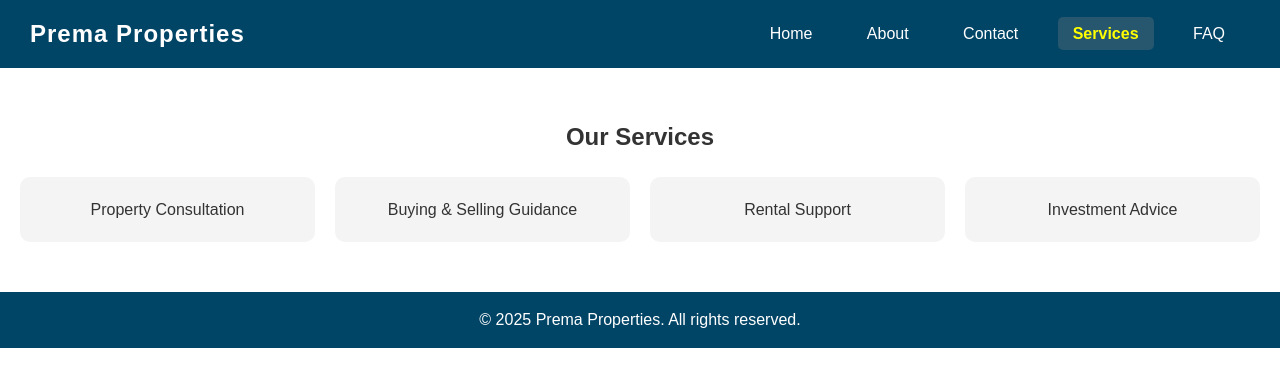
Repository: mnqobiMenzi/Prema-Properties
Page: services.html
An editor plug-in stored every save of this project. The page is shown before and after the next save, followed by the edit.
The browser window is 1280 px wide. The pictures show the whole page.

Above is the page before, as saved 2025-10-04 09:00:15.

### services.html
<!DOCTYPE html>
<html lang="en">
<head>
  <meta charset="UTF-8">
  <meta name="viewport" content="width=device-width, initial-scale=1.0">
  <title>Prema Properties</title>
  <link rel="stylesheet" href="CSS/style.css">
</head>
<body>

  <!-- Header / Navigation -->
  <header>
    <div class="logo">Prema Properties</div>
    <nav>
      <a href="index.html">Home</a>
      <a href="about-us.html">About</a>
      <a href="contact-us.html">Contact</a>
      <a href="#services" class="active">Services</a>
      <a href="FAQ.html">FAQ</a>
    </nav>
  </header>
  <!-- Services Section -->
  <section id="services" class="services">
    <h2>Our Services</h2>
    <div class="service-list">
      <div class="service">Property Consultation</div>
      <div class="service">Buying & Selling Guidance</div>
      <div class="service">Rental Support</div>
      <div class="service">Investment Advice</div>
    </div>
  </section>

  <!-- Footer -->
  <footer>
    <p>© 2025 Prema Properties. All rights reserved.</p>
  </footer>

</body>
</html>

### CSS/style.css
* {
  margin: 0;
  padding: 0;
  box-sizing: border-box;
  font-family: Arial, sans-serif;
}

body {
  line-height: 1.6;
  color: #333;
}

/* Header */
header {
  position: sticky;
  top: 0;
  display: flex;
  justify-content: space-between;
  align-items: center;
  padding: 15px 30px;
  background: #004466;
  color: #fff;
  z-index: 1000;
}
header .logo {
  font-size: 1.5em;
  font-weight: 700;
  font-family: 'Poppins', sans-serif;
  color: #fff;
  letter-spacing: 1px;
  display: flex;
  align-items: center;
}
header nav a {
  margin: 0 10px;
  color: #fff;
  padding: 8px 15px;
  border-radius: 5px;
  text-decoration: none;
  font-weight: 500;
  font-family: 'Poppins', sans-serif;
  transition: color 0.3s ease, border-bottom 0.3s ease;
}

header nav a:hover {
  color: #fff;
  background: rgba(128, 128, 128, 0.3);
  padding-bottom: 3px;
  border: 3px solid #004466;
}
/* Active link */
header nav a.active {
  background: rgba(128, 128, 128, 0.3);
  font-weight: bold;
  color: yellow;
}
/* Hero */
.hero {
  background: url('https://source.unsplash.com/1600x600/?house,property') no-repeat center center/cover;
  color: white;
  text-align: center;
  padding: 100px 20px;
}
.hero h1 {
  font-size: 2.5em;
}
.hero .btn {
  display: inline-block;
  margin-top: 20px;
  padding: 10px 20px;
  background: #ff6600;
  color: white;
  border-radius: 5px;
  text-decoration: none;
}
.hero .btn:hover {
  background: #cc5200;
}

/* Sections */
section {
  padding: 50px 20px;
  text-align: center;
}
.services .service-list {
  display: grid;
  grid-template-columns: repeat(auto-fit, minmax(200px, 1fr));
  gap: 20px;
  margin-top: 20px;
}
.service {
  background: #f4f4f4;
  padding: 20px;
  border-radius: 10px;
}

/* Contact */
.contact form {
  display: flex;
  flex-direction: column;
  max-width: 400px;
  margin: auto;
}
.contact input, .contact textarea {
  margin-bottom: 15px;
  padding: 10px;
  border: 1px solid #ddd;
  border-radius: 5px;
}
.contact button {
  padding: 10px;
  border: none;
  background: #004466;
  color: white;
  cursor: pointer;
  border-radius: 5px;
}
.contact button:hover {
  background: #00334d;
}

/* Footer */
footer {
  background: #004466;
  color: #fff;
  text-align: center;
  padding: 15px;
}

After the next save:
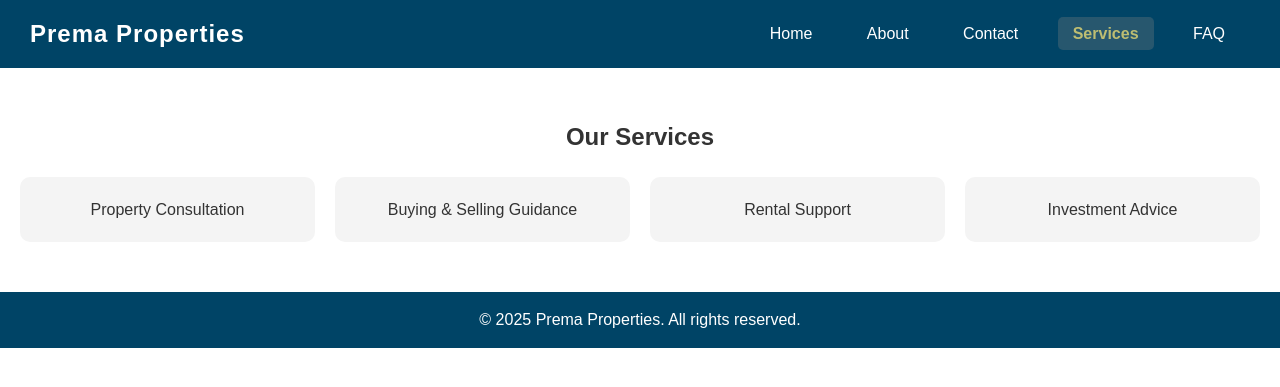
Saved 21 s later.
--- a/CSS/style.css
+++ b/CSS/style.css
@@ -52,7 +52,7 @@ header nav a:hover {
 header nav a.active {
   background: rgba(128, 128, 128, 0.3);
   font-weight: bold;
-  color: yellow;
+  color: rgb(189, 189, 114);
 }
 /* Hero */
 .hero {
